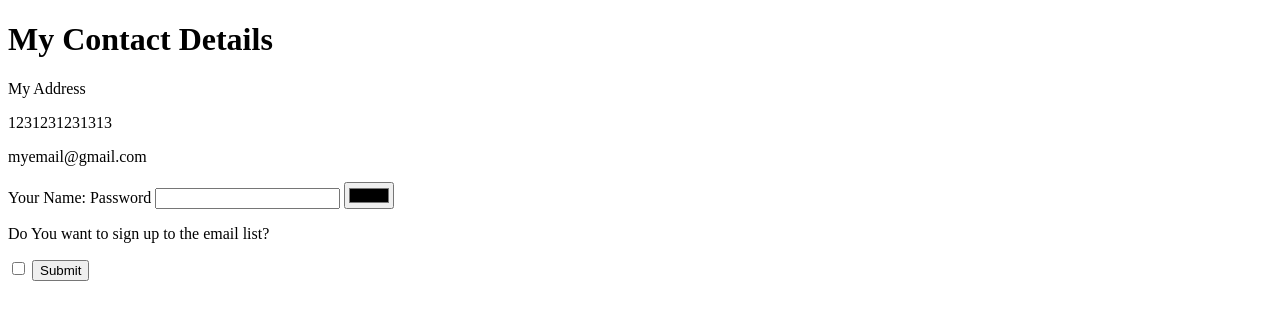
Repository: Isanderr/simple_landing_page-1
Page: contact.html
These files come from the project's save history. The page is drawn as it stood at one moment and after the next save; the edit follows.
The browser window is 1280 px wide. The pictures show the whole page.

Above is the page before, as saved 2019-01-28 23:28:48.

### contact.html
<!DOCTYPE html>
<html lang="en">

    <head>
        <meta charset="UTF-8">
        <meta name="viewport" content="width=device-width, initial-scale=1.0">
        <meta http-equiv="X-UA-Compatible" content="ie=edge">
        <title>ContactMe</title>
    </head>

    <body>
        <h1>My Contact Details</h1>
        <p>My Address</p>
        <p>1231231231313</p>
        <p>myemail@gmail.com</p>
        <form action="">
            <label for="">Your Name:</label>
            <label for="pass">Password</label>
            <input type="text">
            <input type="color">
            <br>
            <p>Do You want to sign up to the email list?</p><input type="checkbox">
            <input type="submit">
        </form>
    </body>

</html>

After the next save:
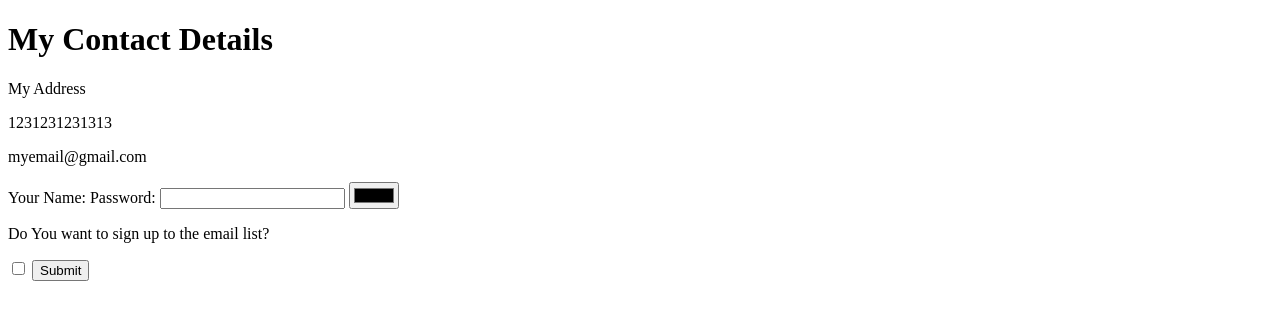
Saved 9 s later.
--- a/contact.html
+++ b/contact.html
@@ -15,7 +15,7 @@
         <p>myemail@gmail.com</p>
         <form action="">
             <label for="">Your Name:</label>
-            <label for="pass">Password</label>
+            <label for="pass">Password:</label>
             <input type="text">
             <input type="color">
             <br>
